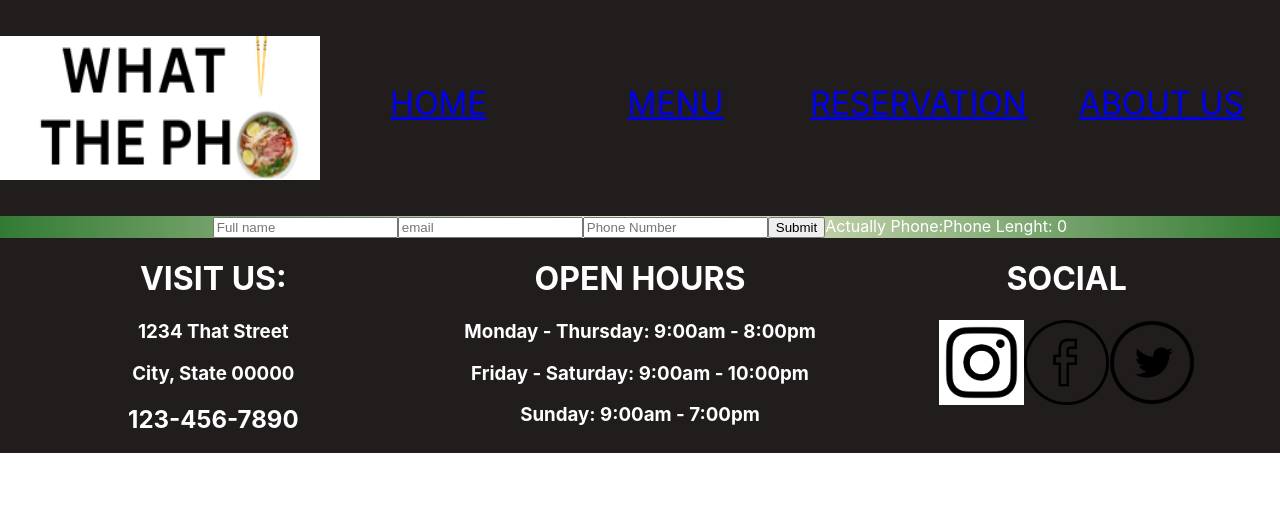
Repository: NguyenkhDang/Restaurant-Website
Page: /reservation
An editor plug-in stored every save of this project. The page is shown before and after the next save, followed by the edit.
The browser window is 1280 px wide. The pictures show the whole page.
The project was rebuilt for these pictures with package versions that can differ from the ones it lists, and the page was loaded fresh each time. Also part of the build but not shown: src/CSS/Readmore.css, src/Readmore.js, src/CSS/SectionContainer.css, src/SectionContainer.js, src/CSS/Home.css, src/Pages/HomePage.js, src/Pages/MenuPage.js, src/Pages/AboutUsPage.js and 1 more.

Above is the page before, as saved 2026-01-18 01:02:38.

### src/index.js
import React from 'react';
import ReactDOM from 'react-dom/client';
import './index.css';
import App from './App';
import reportWebVitals from './reportWebVitals';
import { BrowserRouter } from "react-router-dom";


const root = ReactDOM.createRoot(document.getElementById("root"));
root.render(
  <BrowserRouter>
    <App />
  </BrowserRouter>
);

// If you want to start measuring performance in your app, pass a function
// to log results (for example: reportWebVitals(console.log))
// or send to an analytics endpoint. Learn more: https://bit.ly/CRA-vitals
reportWebVitals();

### src/App.js

import './App.css';

import NavigationBar from './NavigationBar';
import Footer from "./Footer"
import {Routes, Route} from "react-router-dom"



import HomePage from "./Pages/HomePage"
import MenuPage from "./Pages/MenuPage"
import ReservationPage from "./Pages/ReservationPage"
import AboutUsPage from "./Pages/AboutUsPage"
import ContactUsPage from "./Pages/ContactUsPage"

function App() {


  return (
    <div className="home">
      <NavigationBar />

      <Routes>
        <Route path="/" element={<HomePage />} />
        <Route path="/menu" element={<MenuPage />} />
        <Route path="/reservation" element={<ReservationPage />} />
        <Route path="/aboutUs" element={<AboutUsPage />} />
        <Route path="contactUs" element={<ContactUsPage />} />
      </Routes>

      <Footer />
  </div>
);
}

export default App;

### src/App.css
html{
  -ms-overflow-style: none;
  scrollbar-width: none;
}

.home {
  display: grid;
  margin: 0;
  padding: 0;

  background: radial-gradient(
    circle,
    rgba(245, 240, 213, 1) 0%,
    rgba(38, 115, 42, 1) 100%
  );
  place-items: center;
  text-align: center;
  color: white;
}


html::-webkit-scrollbar {
  display: none;
}

### src/NavigationBar.js
import "./CSS/NavigationBar.css"
import Logo from "./image/CustomLogo2.png"
import { Link } from "react-router-dom"
const NavigationBar = () =>{



  return (
    <div className="navbar">
      <div className="logoImage">
        <img src= {Logo} />
      </div>
      <div className="wholeNavBar">
        <ul>
          <li>
            <Link to="/">HOME</Link>
          </li>
          <li>
            <Link to="/menu">MENU</Link>
          </li>
          <li>
            <Link to="/reservation">RESERVATION</Link>
          </li>
          <li>
            <Link to="/aboutUs">ABOUT US</Link>
          </li>
        </ul>

      </div>
    </div>
  )


}

export default NavigationBar

### src/Footer.js
import "./CSS/Footer.css"
import InstagramIcon from "./image/instagramIcon.png"
import FacebookIcon from "./image/facebookIcon.png"
import TwitterIcon from "./image/twitterIcon.png"
const Footer = () =>{

  return(
    <div className="footer">
      <div>
        <h1>VISIT US:</h1>
        <h3>1234 That Street</h3>
        <h3>City, State 00000</h3>

        <h2>123-456-7890</h2>
      </div>
      <div>
        <h1>OPEN HOURS</h1>
        <h3>Monday - Thursday: 9:00am - 8:00pm</h3>
        <h3>Friday - Saturday: 9:00am - 10:00pm</h3>
        <h3>Sunday: 9:00am - 7:00pm</h3>
      </div>
      <div>
        <h1>SOCIAL</h1>
        <a href="https://www.instagram.com/" target="_blank"><img src={InstagramIcon}/></a>
        <a href="https://www.facebook.com/" target="_blank"><img src={FacebookIcon}/></a>
        <a href="https://x.com/" target="_blank"><img src={TwitterIcon}/></a>
      </div>

    </div>
  )

}

export default Footer

### src/Pages/ReservationPage.js
import ReservationForm from "../ReservationForm"


const ReservationPage = () =>{
  return(
    <>
      <ReservationForm />
    </>
  )
}

export default ReservationPage

### src/CSS/NavigationBar.css
.navbar{
  background-color: rgb(34, 29, 29);
  display: grid;
  grid-template-columns: 25% 75%;
  width: 100vw;
  height: 25vh;
  padding-top: 5vh;
}
.wholeMavBar{
  float: right;
  height: 10vh;
}

.logoImage img{
  height: 20vh;
  width: 25vw;
  object-fit: fill;
  object-position: center;
}

ul{
  align-items: center;
  list-style-type: none;
  display: grid;
  place-items: center;
  grid-template-columns: 1fr 1fr 1fr 1fr;
  margin-top: 5%;
  padding: 0;
}
li a{
  font-size: 2em;
  text-align: center;
  padding: 14px 16px;
}

li a:hover{
  background-color: #c5b1b1;
}

### src/CSS/Footer.css
.footer{
  background-color: rgb(34, 29, 29);
  display: grid;
  grid-template-columns: repeat(3, 1fr);
  width: 100vw;
}

.footer img{
  width: 20%;
}

### src/ReservationForm.js
import { useRef, useState } from "react"

const ReservationForm = () =>{

  const [phoneNumberLength, setPhoneNumberLength] = useState("")
  const [parenthesesCheck, setParenthesesCheck] = useState(true)
  const formRef= useRef(null)


  const PhoneNumber = (e) =>{

    if (e.key === "Backspace ") {
      let currentValue = e.target.value;
      let newText = currentValue.slice(0,-1);
      setPhoneNumberLength(newText)
      if (phoneNumberLength.length == 4){
        setPhoneNumberLength(phoneNumberLength.slice(1))
        setParenthesesCheck(true)
      }
    }
    setPhoneNumberLength(e.target.value)
    if (phoneNumberLength.length >= 3 && parenthesesCheck){
      setPhoneNumberLength(e.target.value)
      setPhoneNumberLength("(" + phoneNumberLength + ")")
      setParenthesesCheck(false)
    }
  }


  const handleSubmit = (e)=>{

    e.preventDefault();
    const url = "https://script.google.com/macros/s/AKfycbx0FabLb-KOBm8n_JP2SJcp21AE1aox7vxr3D2p_FfrtZs8dIHl3N9UMOriMfEaySY/exec"

    fetch(url,{
      method:"POST",
      body: new FormData(formRef.current)
    } ).then(() => {
      alert("Reservation Submitted ");
    }).catch((error) => console.log(error))
  };

  return (
    <form className="form" ref = {formRef} onSubmit={handleSubmit}>
      <input
        type="text"
        name="Name"
        placeholder="Full name"
        required
      />

      <input
        type="email"
        name="Email"
        placeholder="email"
        required
      />

      <input
        type="text"
        name="Phone"
        value={phoneNumberLength}
        onChange={PhoneNumber}
        placeholder="Phone Number"/>
      <button>Submit</button>
      Actually Phone:{phoneNumberLength}
      Phone Lenght: {phoneNumberLength.length}
    </form>

  )
}

export default ReservationForm

Loaded but not shown: public/index.html (common file); src/index.css (common file); src/reportWebVitals.js (common file)

After the next save:
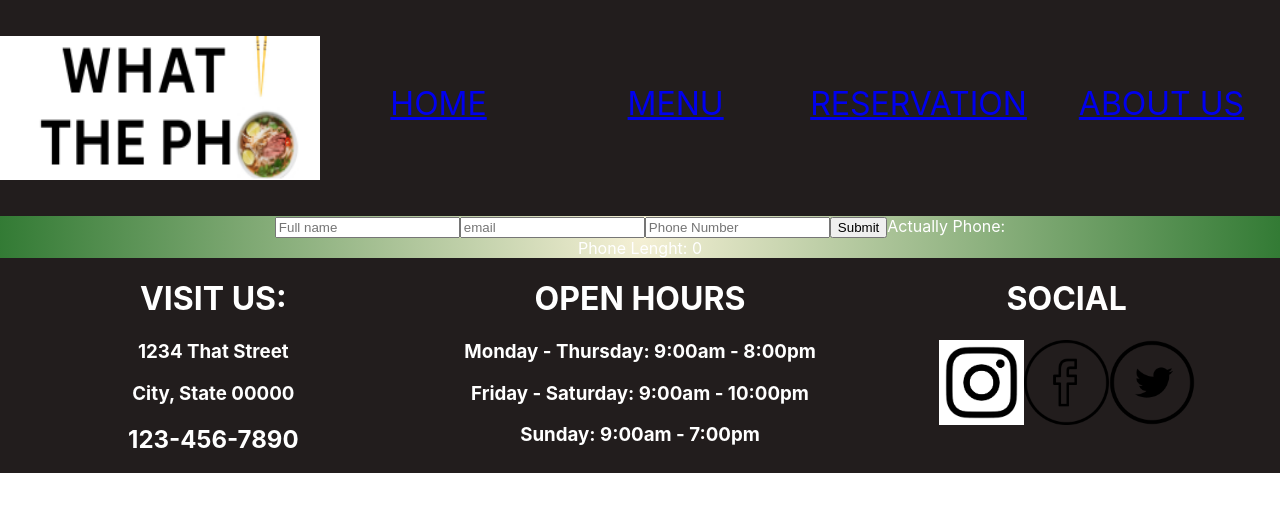
Saved 4 s later.
--- a/src/ReservationForm.js
+++ b/src/ReservationForm.js
@@ -63,7 +63,7 @@ const ReservationForm = () =>{
         onChange={PhoneNumber}
         placeholder="Phone Number"/>
       <button>Submit</button>
-      Actually Phone:{phoneNumberLength}
+      Actually Phone:{phoneNumberLength}<br></br>
       Phone Lenght: {phoneNumberLength.length}
     </form>
 
